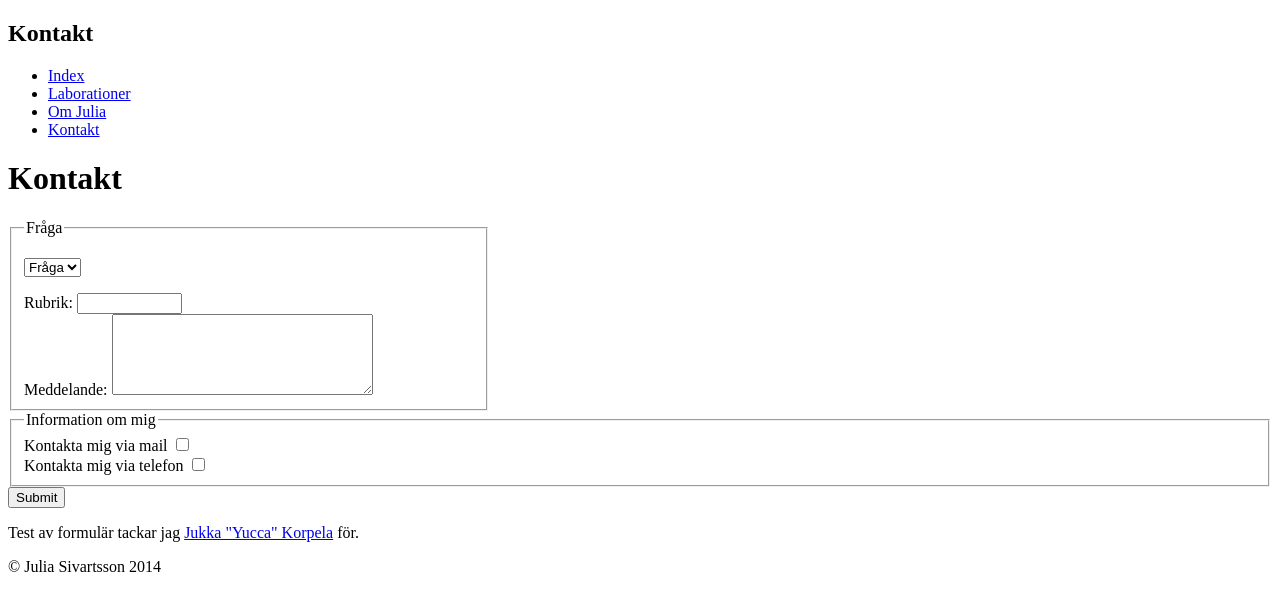
Repository: JuliaSivartsson/1ik415-jsigc09-laborationer
Page: pages/kontakt.html
The author's editor kept a record of every edit. The page is drawn from the files as they stood at one moment, then again after the next edit.
The browser window is 1280 px wide. The pictures show the whole page.

Above is the page before.

### pages/kontakt.html
<!DOCTYPE html>
<html lang="sv">

<head>
<meta charset="UTF-8" />
<!-- Sidans titel -->
<title>Kontakt</title>

</head>
<body>

    <!-- Meny -->
    <!-- Rubrik 2 (lite mindre format) -->
    <h2>Kontakt</h2>
    <ul>
        <li><a href="../index.html">Index</a></li>
        <li><a href="laborationer.html">Laborationer</a></li>
        <li><a href="presentation.html">Om Julia</a></li>
        <li><a href="kontakt.html">Kontakt</a></li>
    </ul>

    <!-- Rubrik 1 -->
    <h1>Kontakt</h1>

    <form id="form" name="form" method="post" action=" http://www.cs.tut.fi/cgi-bin/run/~jkorpela/echoraw.cgi">
    <fieldset style="width: 450px;">
    <legend>Fråga</legend>
        <p><select name="arende" id="arende">
            <option value="fraga"> Fråga </option>
            <option value="asikt"> Åsikt </option>
            <option value="kritik"> Kritik </option>
        </select></p>

        <label for="rubrik">Rubrik:</label>
        <input type="text" name="rubrik" id="rubrik" size="10" />
    <br />
        <label for="meddelande">Meddelande:</label>
        <textarea name="meddelande" id="meddelande" cols="30" rows="5"></textarea>
    </fieldset>

    <fieldset>
    <legend>Information om mig</legend>
    <label for="mail">Kontakta mig via mail</label>
    <input type="checkbox" name="mail" id="mail" value="mail"/><br />
    <label for="telefon">Kontakta mig via telefon</label>
    <input type="checkbox" name="telefon" id="telefon" value="telefon"/><br />
    </fieldset>
    <input type="submit" name="submit" id="submit"/>

    <p>
        Test av formulär tackar jag <a target="_blank" href="http://www.cs.tut.fi/~jkorpela/forms/testing.html">Jukka "Yucca" Korpela</a> för.
    </p>

    <!-- Längst ner på sidan -->
    <footer>
        © Julia Sivartsson 2014
    </footer>

</body>
</html>

After the next edit:
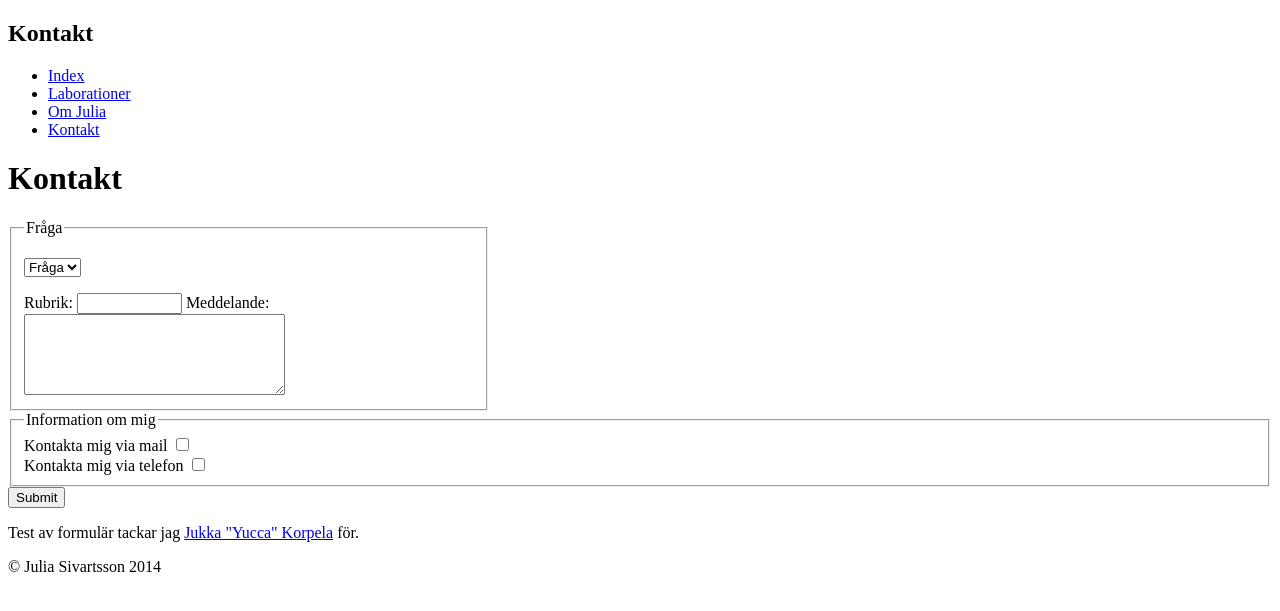
The edit:
--- a/pages/kontakt.html
+++ b/pages/kontakt.html
@@ -33,7 +33,7 @@
 
         <label for="rubrik">Rubrik:</label>
         <input type="text" name="rubrik" id="rubrik" size="10" />
-    <br />
+
         <label for="meddelande">Meddelande:</label>
         <textarea name="meddelande" id="meddelande" cols="30" rows="5"></textarea>
     </fieldset>
